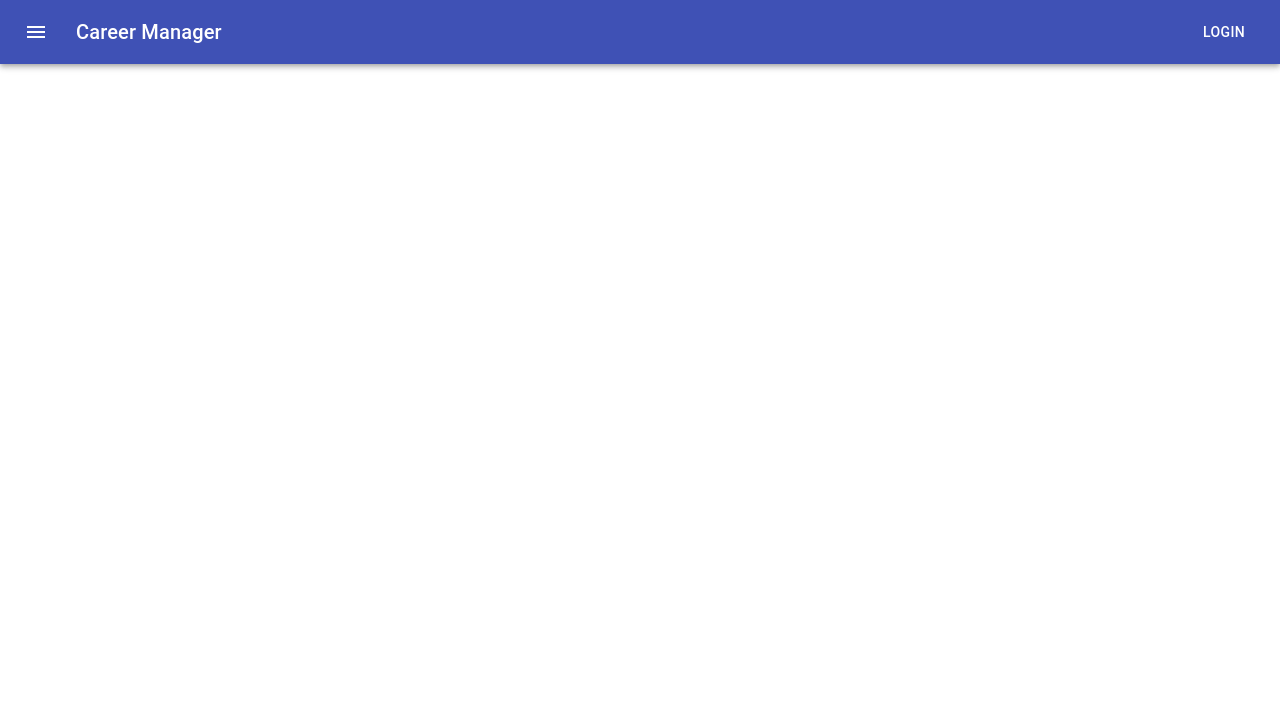
Repository: kinetic-coder/career-manager
Page: /
The author's editor kept a copy of each file at every save. The page is drawn from the files as they stood at one save, then again after a run of saves.
The browser window is 1280 px wide. The pictures show the whole page.
The project was rebuilt for these pictures with package versions that can differ from the ones it lists, and the page was loaded fresh each time. Also part of the build but not shown: src/views/ErrorPage/ErrorPage.js.

Above is the page before, as saved 2020-10-08 10:59:03.

### src/index.js
import React from 'react';
import ReactDOM from 'react-dom';
import './index.css';
import * as serviceWorker from './serviceWorker';
import Routes from './components/Routes';

ReactDOM.render(
  <React.StrictMode>
    <Routes />
  </React.StrictMode>,
  document.getElementById('root')
);

// If you want your app to work offline and load faster, you can change
// unregister() to register() below. Note this comes with some pitfalls.
// Learn more about service workers: https://bit.ly/CRA-PWA
serviceWorker.unregister();

### src/components/Routes.js
import React from 'react';
import { BrowserRouter as Router, Route, Switch } from 'react-router-dom';

// Pages
import HomePage from '../views/HomePage';
import ErrorPage from '../views/ErrorPage/ErrorPage';

const Routes = () => {
    return (
        <div>
            <Router>
                <Switch>
                    <Route path="/" component={HomePage} exact />
                    <Route component={ErrorPage} />
                </Switch>
            </Router>
        </div>
    );
}

export default Routes;

### src/views/HomePage.js
import React from 'react';
import { makeStyles } from '@material-ui/core/styles';
import AppBar from '@material-ui/core/AppBar';
import Toolbar from '@material-ui/core/Toolbar';
import Typography from '@material-ui/core/Typography';
import Button from '@material-ui/core/Button';
import IconButton from '@material-ui/core/IconButton';
import MenuIcon from '@material-ui/icons/Menu';

const useStyles = makeStyles((theme) => ({
  root: {
    flexGrow: 1,
  },
  menuButton: {
    marginRight: theme.spacing(2),
  },
  title: {
    flexGrow: 1,
  },
}));

 const HomePage = () => {
    const classes = useStyles();

    return (
      <div className={classes.root}>
        <AppBar position="static">
          <Toolbar>
            <IconButton edge="start" className={classes.menuButton} color="inherit" aria-label="menu">
              <MenuIcon />
            </IconButton>
            <Typography variant="h6" className={classes.title}>
              Career Manager
            </Typography>
            <Button color="inherit">Login</Button>
          </Toolbar>
        </AppBar>
      </div>
    );
}

export default HomePage;

### src/views/ErrorPage/ErrorPage.css
.error-image {
    position: fixed;
  top: -50%;
  left: -50%;
  width: 200%;
  height: 200%;
}

.background {
    background-image: url('./cat-error.jpg');
    min-height: 100%;
    background-size: cover;
}

Loaded but not shown: src/index.css (common file); src/serviceWorker.js (common file)

After the next 2 saves:
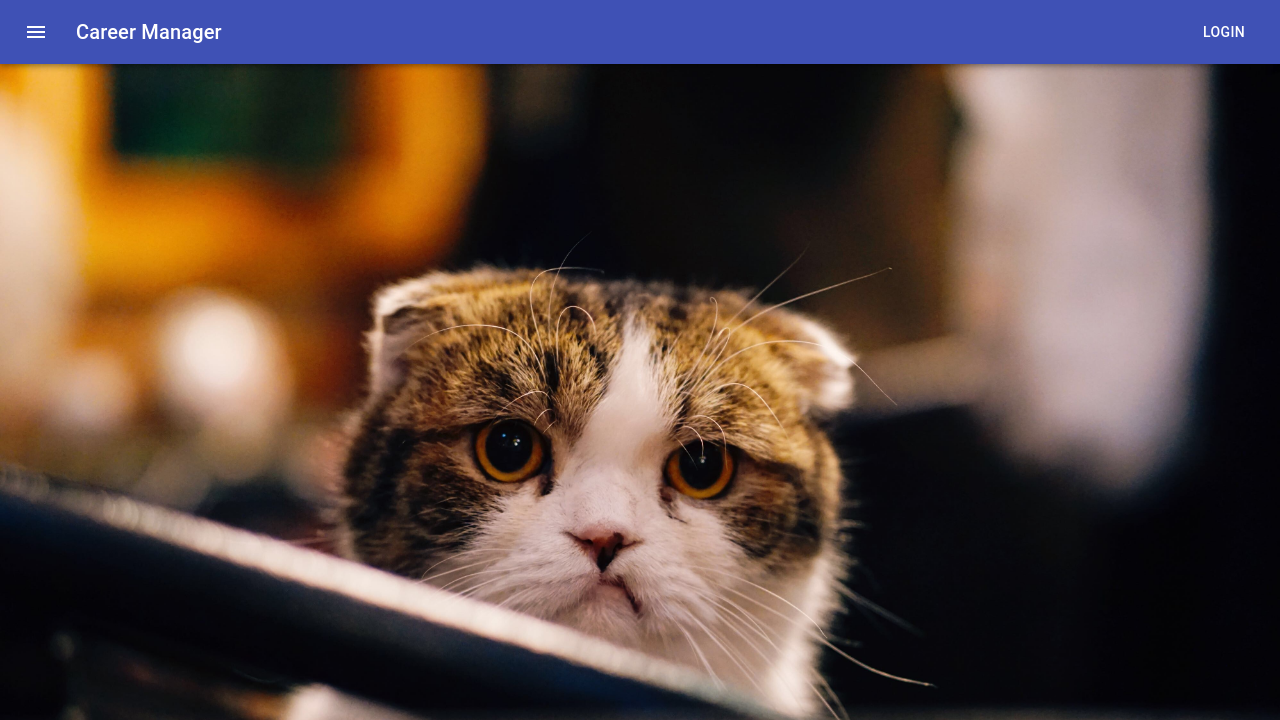
The 2 saves are shown as one change because they came seconds apart.
The last was saved 16 s later.
--- a/src/views/ErrorPage/ErrorPage.css
+++ b/src/views/ErrorPage/ErrorPage.css
@@ -6,7 +6,7 @@
   height: 200%;
 }
 
-.background {
+html {
     background-image: url('./cat-error.jpg');
     min-height: 100%;
     background-size: cover;
